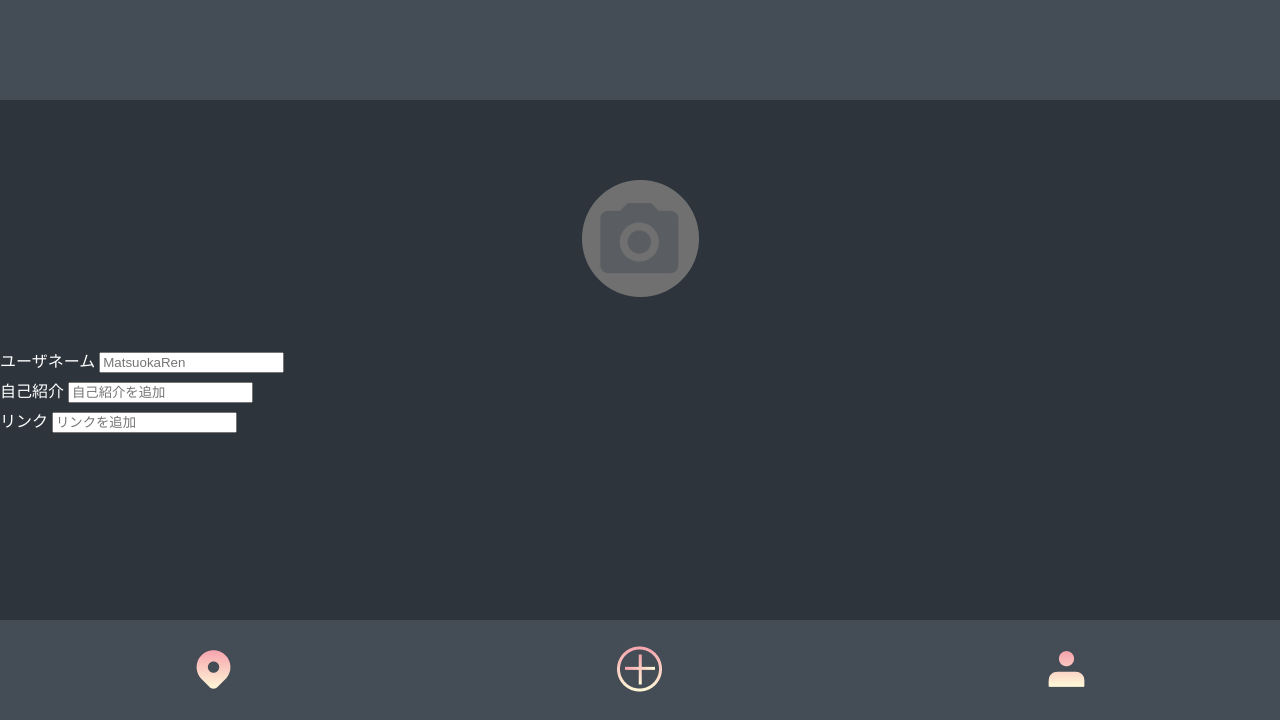
Repository: ren0714poo/respos
Page: edit.html
The author's editor kept a copy of each file at every save. The page is drawn from the files as they stood at one save, then again after the next save.
The browser window is 1280 px wide. The pictures show the whole page.

Above is the page before, as saved 2025-07-17 14:04:02.

### edit.html
<!DOCTYPE html>
<html lang="ja">
<head>
  <meta charset="UTF-8">
  <meta name="viewport" content="width=device-width, initial-scale=1.0">
  <title>respos_edit</title>
  <link rel="stylesheet" href="css/edit.css">
</head>
<body>
  <header>
  </header>

  <main>
    <div class="edit_img"><img src="img/camera_chenge.png" alt="カエラ変更"></div>
    <div class="edit">
      ユーザネーム
      <input type="text" placeholder="MatsuokaRen"><br>
      自己紹介
      <input type="text" placeholder="自己紹介を追加"><br>
      リンク
      <input type="text" placeholder="リンクを追加">

    </div>
  </main>

  <footer>
    <button type="button" id="pin" onclick="location.href='top.html'"><img src="img/tabler_map-pin-filled.png" alt="ピン"></button>
    <button type="button"><img src="img/post.png" alt="投稿"></button>
    <button type="button" id="profile" onclick="location.href='profile.html'"><img src="img/icon-park-solid_people.png" alt="プロフィール"></button>
  </footer>

</body>
</html>

### css/edit.css
@media screen and (max-width:480px){


}

html, body {
  color: white;
  background: #2D343C;
  height: 100%;
  margin: 0;
  padding: 0;
  display: grid;
  grid-template-rows: 100px calc(100vh - 200px) 100px;
  grid-template-areas:
  "header"
  "main"
  "footer"
  ;
}



header{
  width: 100%;
  height: 100px;
  background: #444C55;
  display: flex;
  grid-area: header;
}




main{
  width: 100%;
  height: 100%;
  grid-area: main;
}

.edit {
  margin-top: 50px;
  line-height: 30px;
}

.edit_img {
  display: flex;
  flex-direction: column;
  align-items: center;
  margin-top: 80px;
}











footer {
  background: #444C55;
  display: flex;
  justify-content: space-around;
  align-items: center;
}

footer button {
  background: transparent;
  border: none;
}

After the next save:
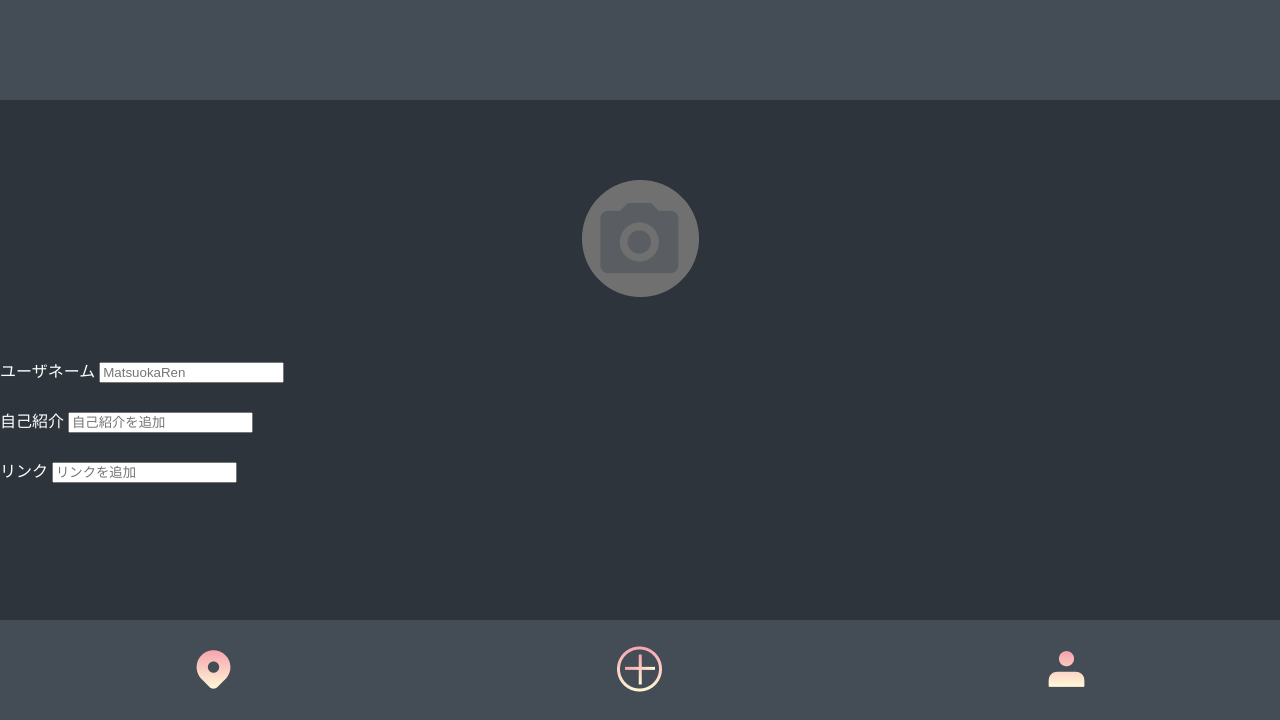
Saved 6 s later.
--- a/css/edit.css
+++ b/css/edit.css
@@ -39,7 +39,7 @@ main{
 
 .edit {
   margin-top: 50px;
-  line-height: 30px;
+  line-height: 50px;
 }
 
 .edit_img {
